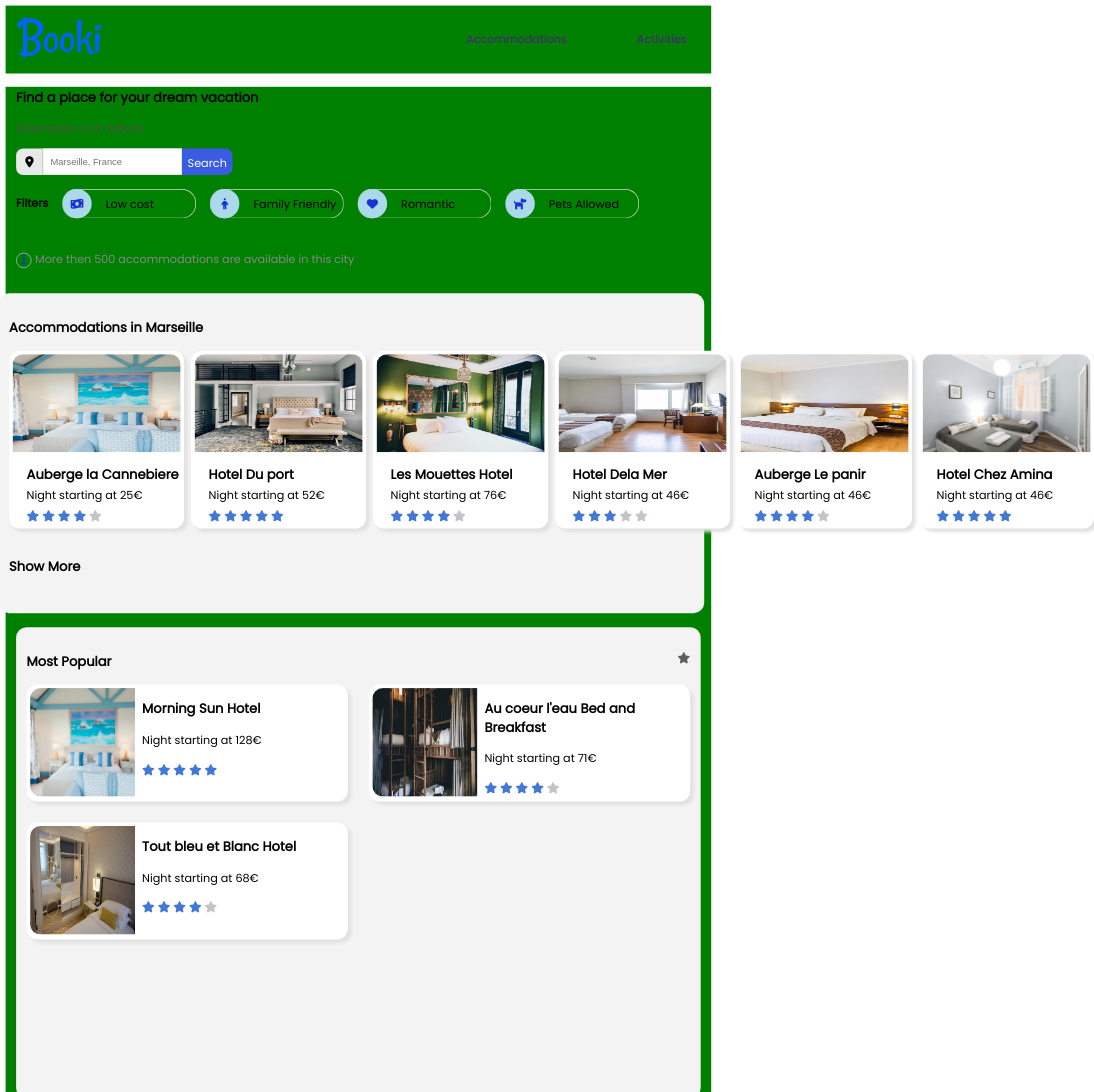
Repository: ailahin/booki
Page: index.html
An editor plug-in stored every save of this project. The page is shown before and after the next save, followed by the edit.
The browser window is 1024 px wide. The page is 1563 px wide, then 1024 px, so the pictures cover 1563 px, including what lies to the right of the window. The pictures show the part of the page from y = 0 to 1560 px (the page is 2500 px tall before and 2764 px after), at 70% of full size.
Some web fonts or font styles are not loaded; a fallback is used. Some web libraries are served in a nearby version.

Above is the page before, as saved 2023-07-19 04:25:36.

After the next save:
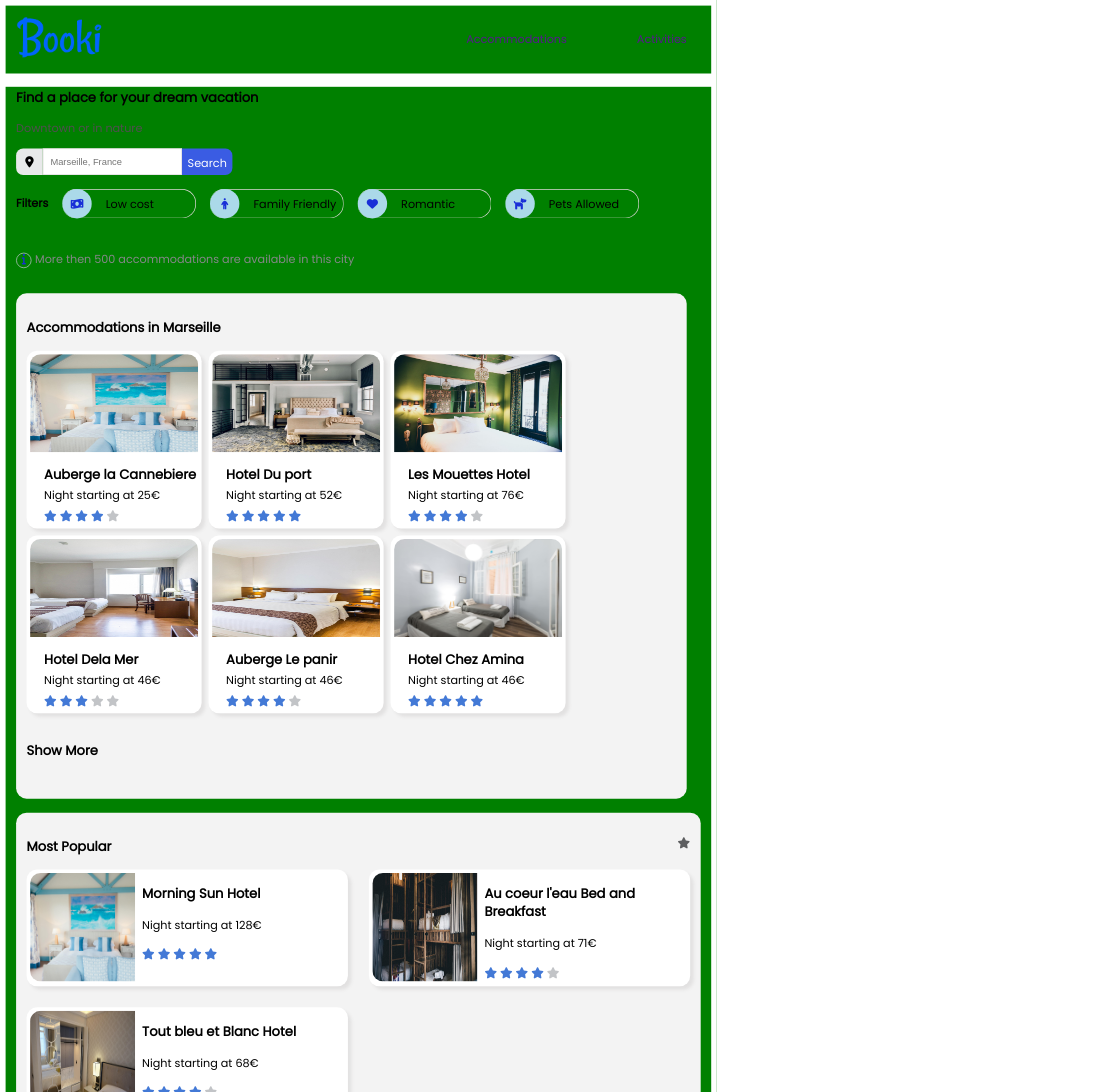
Saved 17 s later.
--- a/css/index.css
+++ b/css/index.css
@@ -430,7 +430,7 @@ margin-bottom: 5px;
     }
     .all-accomodations-details{
         display: flex;
-        flex-direction: row;
+        flex-wrap: wrap;
 
      }
 
